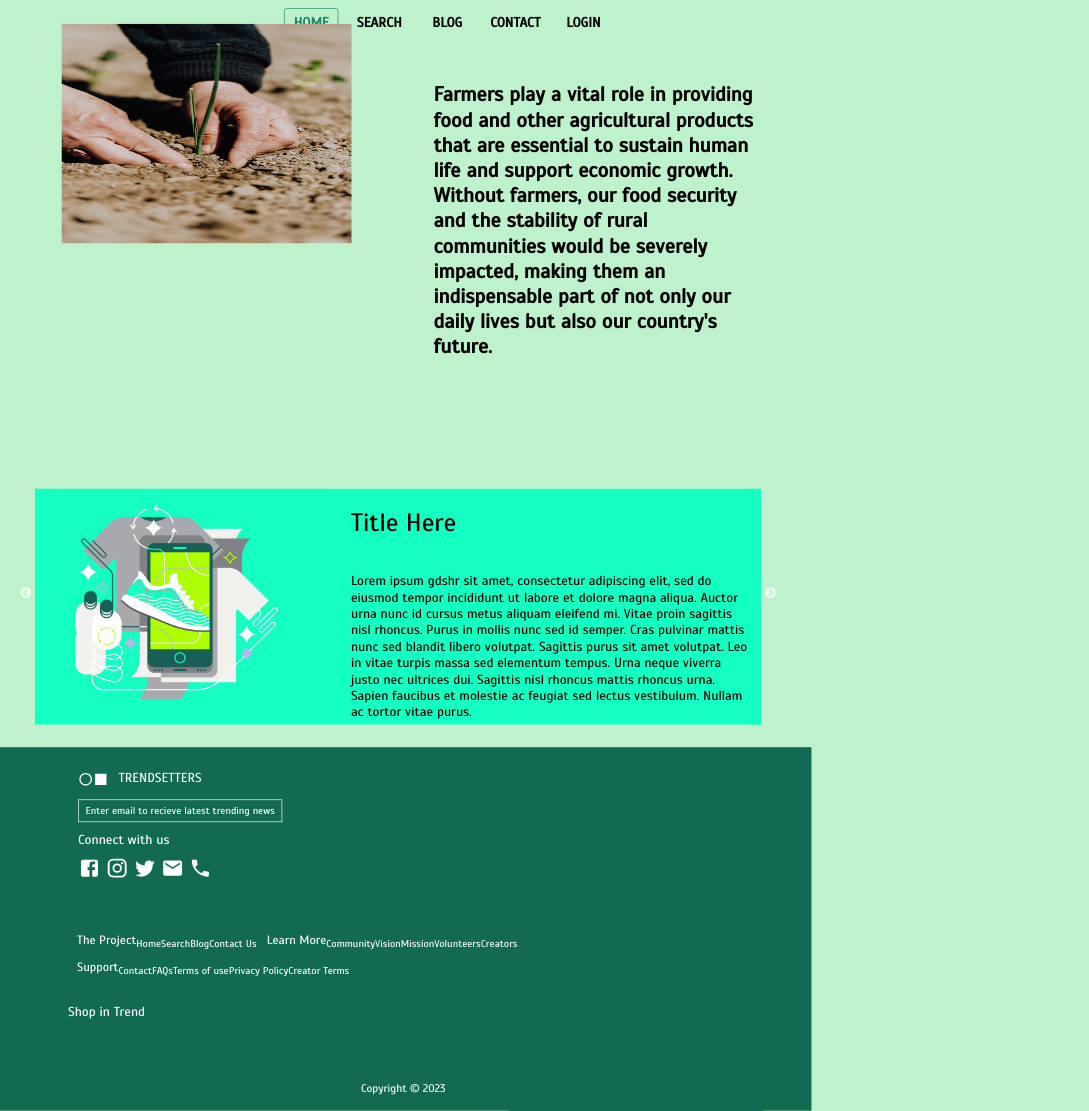
Repository: PRACHIP09/TRINIT_PICO-ZEN_DEV03
Page: /
The author's editor kept a copy of each file at every save. The page is drawn from the files as they stood at one save, then again after the next save.
The browser window is 1280 px wide. The page is 1728 px wide, so the pictures cover 1728 px, including what lies to the right of the window. The pictures show the whole page, at 63% of full size.
Pictures or frames that could not be fetched are drawn as grey boxes. Some web fonts or font styles are not loaded; a fallback is used. The project was rebuilt for these pictures with package versions that can differ from the ones it lists, and the page was loaded fresh each time. Some packages were replaced by stand-ins written for this rebuild. Also part of the build but not shown: src/App.css, src/Pages/Login.jsx, src/Pages/Signup.jsx, src/Pages/Contact.jsx, src/Components/ChatBot/Chatbot.jsx, src/Components/ChatBot/Footer.jsx, src/Components/Farmernavbar/Mobilenavbar.jsx, src/Components/Farmernavbar/NavbarF.jsx and 28 more.

Above is the page before, as saved 2023-02-11 22:53:13.

After the next save:
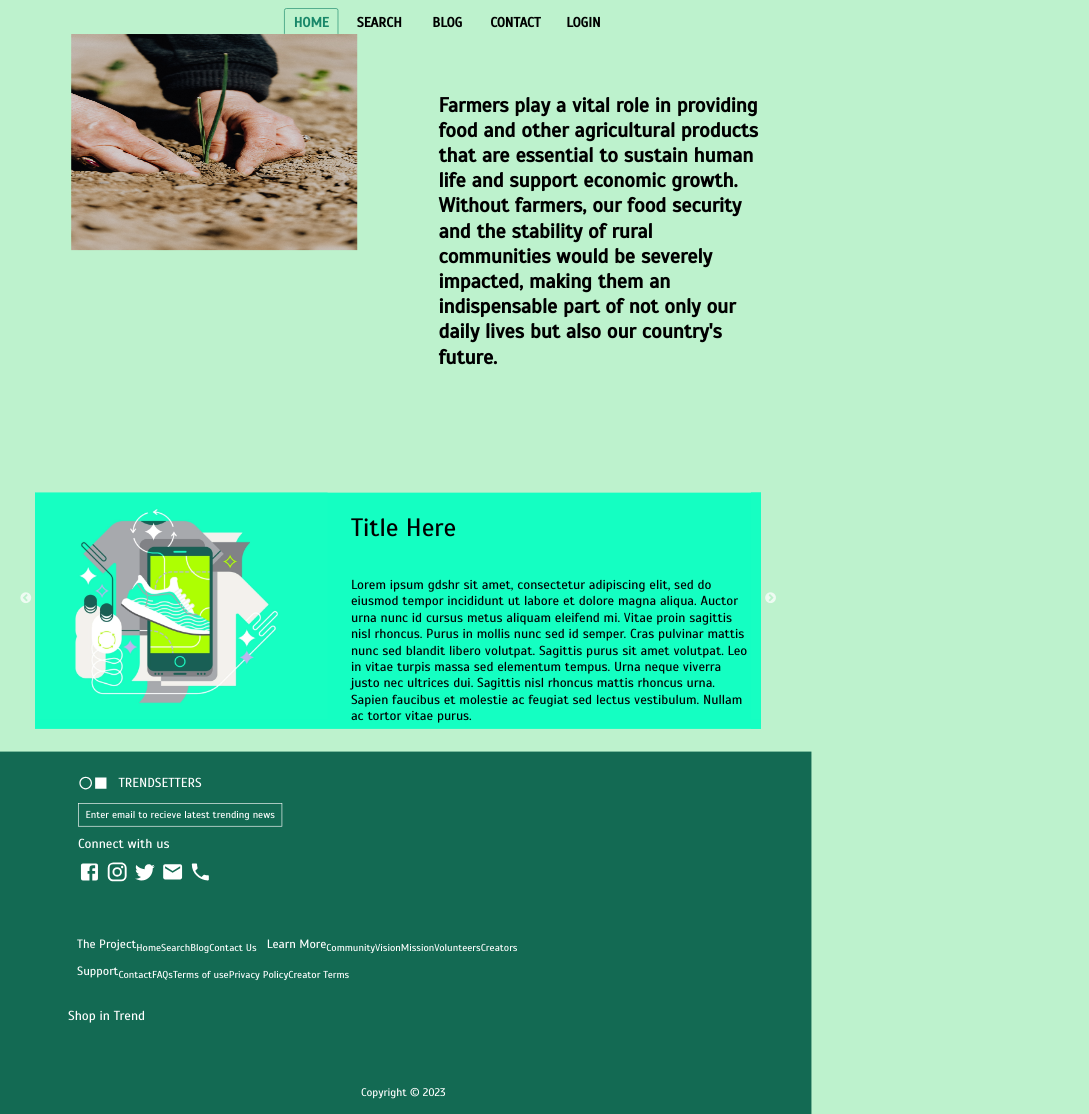
Saved 21 s later.
--- a/src/Pages/HomePage.jsx
+++ b/src/Pages/HomePage.jsx
@@ -22,8 +22,8 @@ const HomePage = () => {
   return (
     <div>
       <Grid container spacing={2}>
-      <Grid container spacing={2}>
-        <Grid item xs={12} style={{padding:"0vh 10vh"}}>
+
+        <Grid item xs={12} style={{padding:"0vh 10vh"}} >
           <Grid container spacing={2}>
             <Grid item xs={6}>
               <img src={image} style={{ height:"50%",width: "80%" }} />
@@ -40,7 +40,7 @@ const HomePage = () => {
             </Grid>
           </Grid>
         </Grid>
-</Grid>
+
         <Grid item xs={12} style={{padding:"0vh 10vh"}}>
           {/*phoo*/}
           <Slider {...settings}>
